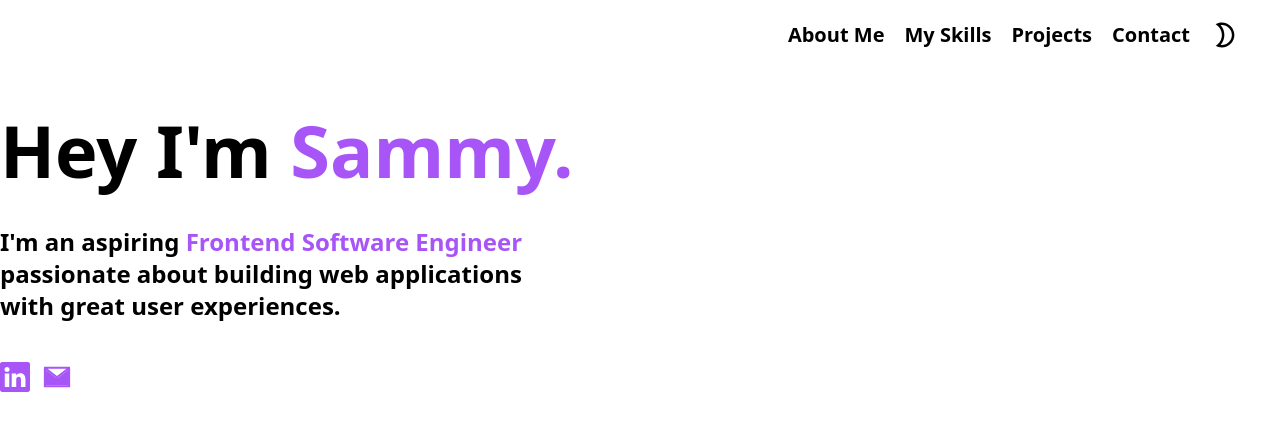
Repository: Al123Kudayyd/e-portfolio
Page: /
The author's editor kept a copy of each file at every save. The page is drawn from the files as they stood at one save, then again after the next save.
The browser window is 1280 px wide. The pictures show the whole page.
The project was rebuilt for these pictures with package versions that can differ from the ones it lists, and the page was loaded fresh each time. The framework's server and built-in components were replaced by stand-ins that run in the browser. Also part of the build but not shown: next.config.js.

Above is the page before, as saved 2023-06-06 22:24:17.

### pages/index.tsx
import Nav from "@/components/Nav";
import { BsLinkedin } from 'react-icons/bs'
import { AiTwotoneMail } from 'react-icons/ai'


export default function Home() {
  return (
    <>
      <Nav />
      <div className="overflow-hidden">
        <div className="space-y-10 my-11 flex-col justify-center items-center">
          <h1 className="text-7xl font-bold">Hey I'm <span className="text-purple-500">Sammy.</span></h1>
          <h3 className="text-2xl font-semibold">I'm an aspiring <span className="text-purple-500">Frontend Software Engineer</span> <br /> passionate about building web applications <br /> with great user experiences.</h3>
          <div className="flex items-center space-x-3 text-3xl text-purple-500">
            <BsLinkedin />
            <AiTwotoneMail />
          </div>
        </div>
      </div>

    </>
  )
}

### components/Nav.tsx
import React from 'react'
import { MdOutlineModeNight } from 'react-icons/md'
import { FaBars } from 'react-icons/fa'

function Nav() {
  return (
    <div className='my-5 mx-10 flex items-center justify-end font-bold cursor-pointer'>
        <FaBars className='flex md:hidden lg:hidden text-2xl hover:text-purple-500 transition' />
        <ul className='md:flex lg:flex hidden space-x-5 items-center justify-end text-xs sm:text-xl'>
            <li className='hover:text-purple-500 transition'>About Me</li>
            <li className='hover:text-purple-500 transition'>My Skills</li>
            <li className='hover:text-purple-500 transition'>Projects</li>
            <li className='hover:text-purple-500 transition'>Contact</li>
            <li><MdOutlineModeNight className='text-3xl hover:scale-110 transition' /></li>

        </ul>

    </div>
  )
}

export default Nav

Loaded but not shown: pages/_app.tsx (common file); pages/_document.tsx (common file); styles/globals.css (common file); tailwind.config.js (common file)

After the next save:
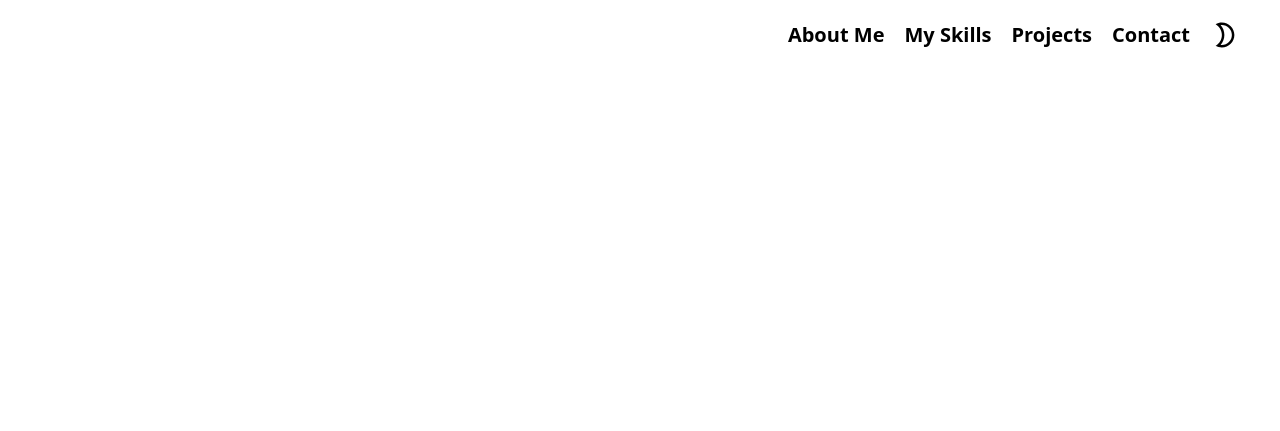
Saved 4 s later.
--- a/pages/index.tsx
+++ b/pages/index.tsx
@@ -7,16 +7,7 @@ export default function Home() {
   return (
     <>
       <Nav />
-      <div className="overflow-hidden">
-        <div className="space-y-10 my-11 flex-col justify-center items-center">
-          <h1 className="text-7xl font-bold">Hey I'm <span className="text-purple-500">Sammy.</span></h1>
-          <h3 className="text-2xl font-semibold">I'm an aspiring <span className="text-purple-500">Frontend Software Engineer</span> <br /> passionate about building web applications <br /> with great user experiences.</h3>
-          <div className="flex items-center space-x-3 text-3xl text-purple-500">
-            <BsLinkedin />
-            <AiTwotoneMail />
-          </div>
-        </div>
-      </div>
+
 
     </>
   )
